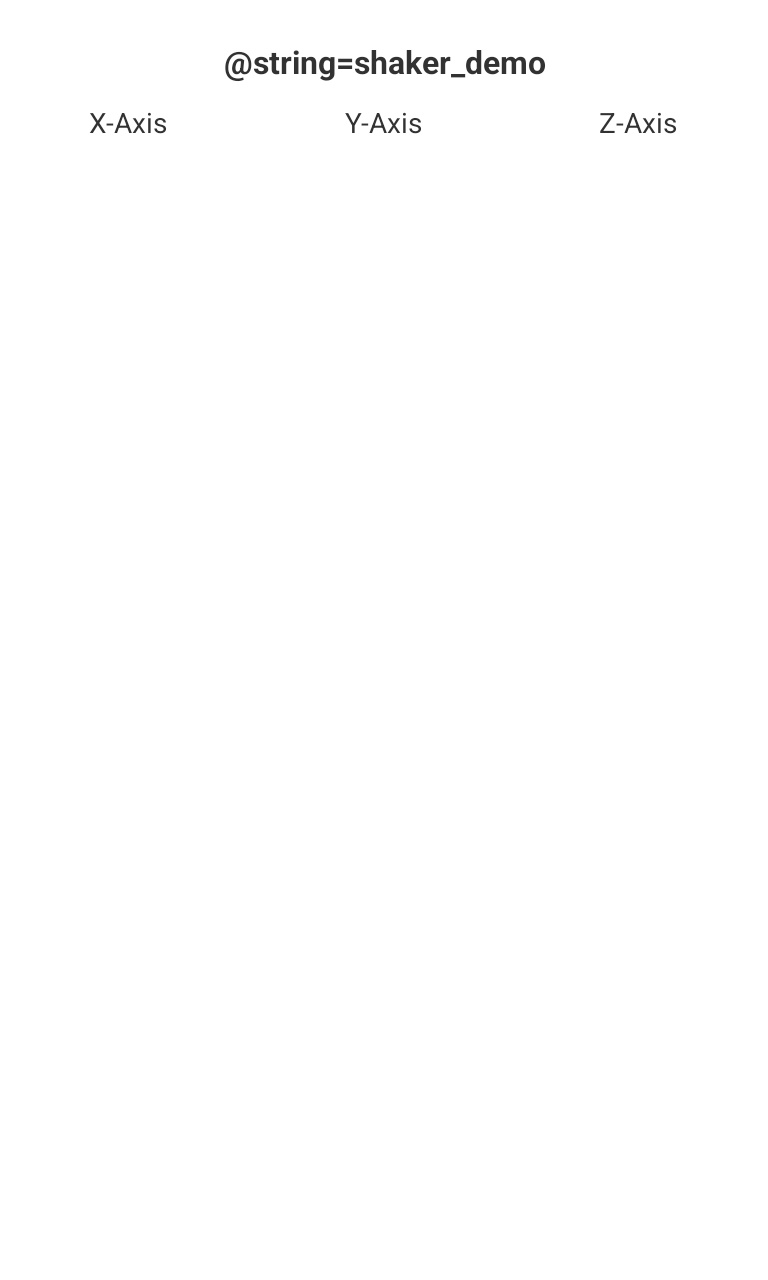
Repository: cemkoc/powernap
Layout: accelerometer/android/accelerometer/res/layout/main.xml
The author's editor kept a copy of each file at every save. The layout is drawn from the files as they stood at one save, then again after the next save.
It is drawn on a 768 x 1280 px phone screen (xhdpi) without system bars, with theme AppTheme; the app's code is not run.

Above is the layout before, as saved 2014-01-25 19:13:46.

### accelerometer/android/accelerometer/res/layout/main.xml
<?xml version="1.0" encoding="utf-8"?>
<LinearLayout xmlns:android="http://schemas.android.com/apk/res/android"
android:orientation="vertical"
android:layout_width="fill_parent"
android:layout_height="fill_parent">
<TextView
	android:paddingTop="20dip"
	android:layout_width="fill_parent"
	android:layout_height="wrap_content"
	android:textSize="16sp"
	android:textStyle="bold"
	android:gravity="center"
	android:text="@string=shaker_demo"/>
<TableLayout
	android:paddingTop="10dip"
	android:layout_width="fill_parent"
	android:layout_height="wrap_content"
	android:stretchColumns="*">
<TableRow>
<TextView
	android:layout_width="wrap_content"
	android:layout_height="wrap_content"
	android:textSize="14sp"
	android:text="X-Axis"
	android:gravity="center"/>
<TextView
	android:layout_width="wrap_content"
	android:layout_height="wrap_content"
	android:textSize="14sp"

	android:text="Y-Axis"

	android:gravity="center"/>
<TextView
	android:layout_width="wrap_content"
	android:layout_height="wrap_content"
	android:textSize="14sp"
	android:text="Z-Axis"
	android:gravity="center"/>
</TableRow>
<TableRow>
<TextView
	android:layout_width="wrap_content"
	android:layout_height="wrap_content"
	android:id="@+id/x_axis"
	android:gravity="center"/>
<TextView
	android:layout_width="wrap_content"
	android:layout_height="wrap_content"
	android:id="@+id/y_axis"
	android:gravity="center"/>
<TextView
	android:layout_width="wrap_content"
	android:layout_height="wrap_content"
	android:id="@+id/z_axis"
	android:gravity="center"/>
</TableRow>
</TableLayout>
<ImageView
	android:paddingTop="10dip"
	android:layout_width="wrap_content"
	android:layout_height="wrap_content"
	android:id="@+id/image"
	android:layout_gravity="center"
	android:visibility="invisible"/>
</LinearLayout>

Loaded but not shown: accelerometer/android/accelerometer/res/values/styles.xml (common file); accelerometer/android/accelerometer/res/values-v11/styles.xml (common file); accelerometer/android/accelerometer/res/values-v14/styles.xml (common file)

After the next save:
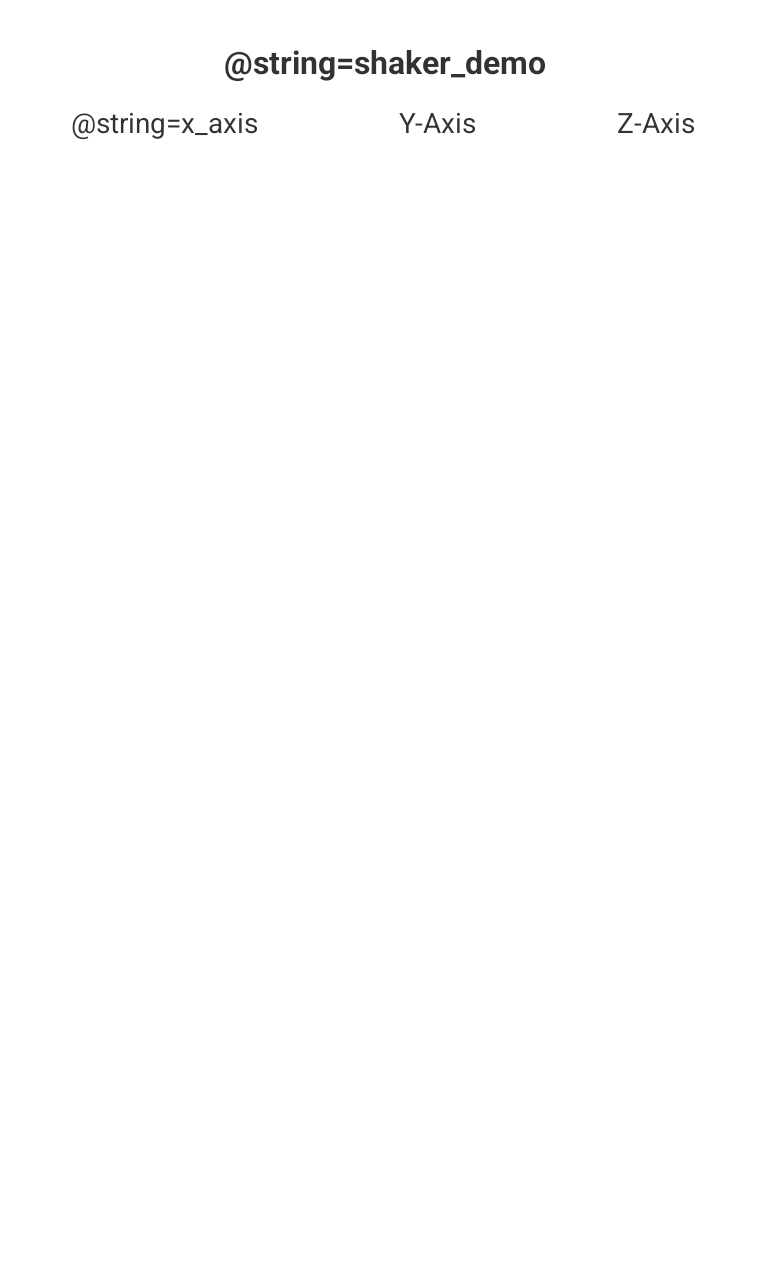
Saved 54 s later.
--- a/accelerometer/android/accelerometer/res/layout/main.xml
+++ b/accelerometer/android/accelerometer/res/layout/main.xml
@@ -21,7 +21,7 @@ android:layout_height="fill_parent">
 	android:layout_width="wrap_content"
 	android:layout_height="wrap_content"
 	android:textSize="14sp"
-	android:text="X-Axis"
+	android:text="@string=x_axis"
 	android:gravity="center"/>
 <TextView
 	android:layout_width="wrap_content"
